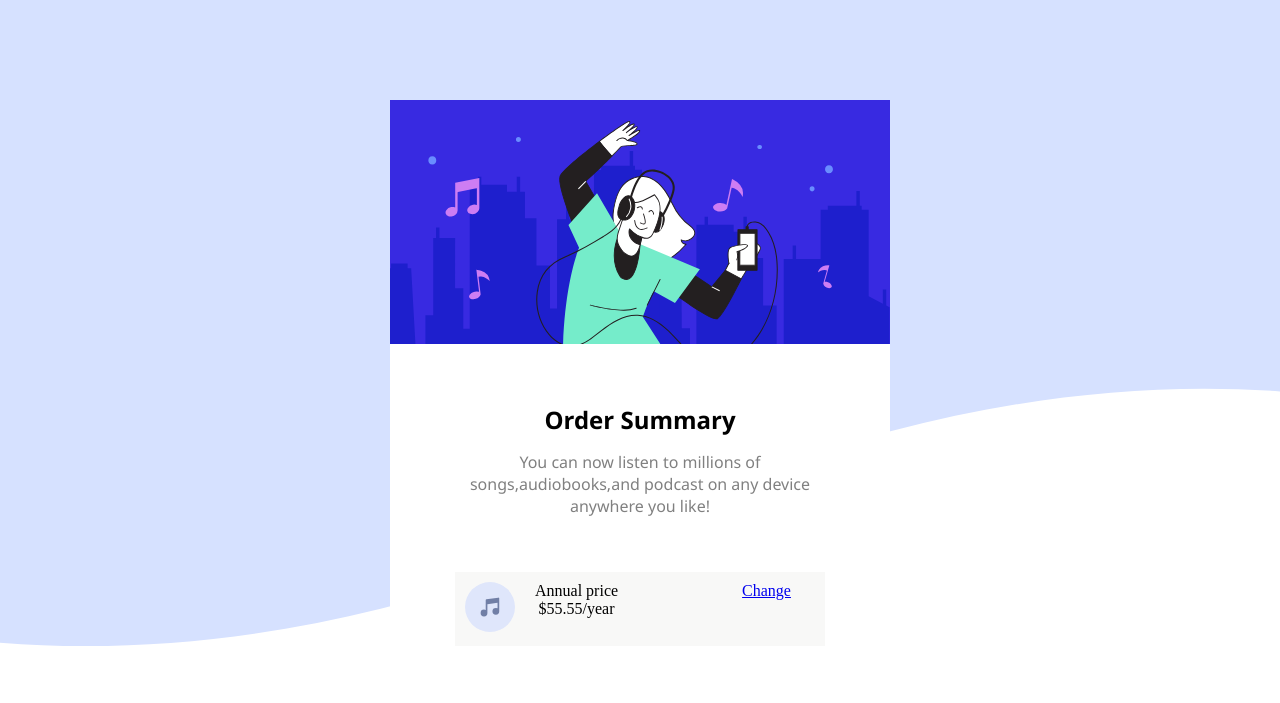
Repository: Eugene44-hub/newbie-project
Page: index.html
An editor plug-in stored every save of this project. The page is shown before and after the next save, followed by the edit.
The browser window is 1280 px wide. The pictures show the whole page.

Above is the page before, as saved 2021-08-29 03:42:41.

### index.html
<!DOCTYPE html>
<html lang="en">

<head>
    <link rel="stylesheet" href="style.css">
    <meta charset="UTF-8">
    <meta http-equiv="X-UA-Compatible" content="IE=edge">
    <meta name="viewport" content="width=device-width, initial-scale=1.0">
    <title>Document</title>
</head>

<body>
    <div class="container">

        <div class="card-container">
            <div class="card">
                <div class="content">
                    <img src="illustration-hero.svg">
                    <div class="text">
                        <h2>Order Summary</h2>
                        <p>You can now listen to millions of songs,audiobooks,and podcast on any device anywhere you like!</p>
                    </div>
                    <div class="musicCard">
                        <div class=musicIcon> <img src="icon-music.svg" id="icon" alt=""></div>
                        <div class="sub">Annual price <br>$55.55/year
                        </div>
                        <div class="link">
                            <a href="#">Change</a>
                        </div>
                    </div>
                </div>

            </div>
        </div>

    </div>
</body>

</html>

### style.css
* {
    padding: 0;
    margin: 0;
}

.container {
    background-image: url('pattern-background-desktop.svg');
    background-repeat: no-repeat;
    background-position: center;
    background-size: cover;
}

.card-container {
    display: flex;
    justify-content: center;
    align-content: center;
    padding-top: 100px;
}

img {
    width: 100%;
}

.card {
    flex: 50%;
    max-width: 500px;
}

.content {
    text-align: center;
    background-color: white;
}

h2,
p {
    font-family: 'Segoe UI', Tahoma, Geneva, Verdana, sans-serif;
}

.text {
    padding: 55px;
}

h2 {
    margin-bottom: 15px;
}

p {
    color: grey;
}

.musicCard {
    display: flex;
    justify-content: center;
    align-content: center;
    width: 70%;
    margin: auto;
    background-color: rgb(248, 248, 247);
    padding: 10px;
}

.link {
    flex: 10%;
    margin-left: 100px;
}

.musicIcon {
    flex: 80%;
    max-width: 50px;
    margin-right: 20px;
}

.price {
    flex: 10%;
    text-align: right;
}

After the next save:
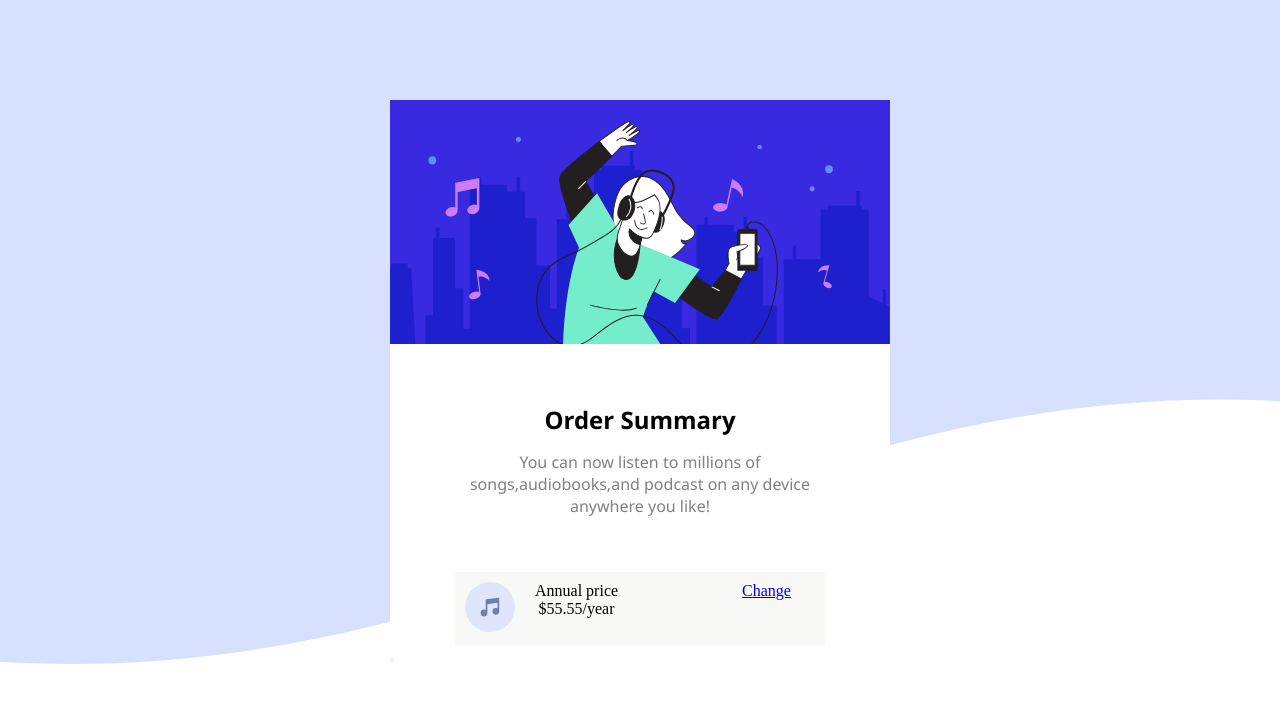
Saved 76 s later.
--- a/index.html
+++ b/index.html
@@ -29,6 +29,9 @@
                         </div>
                     </div>
                 </div>
+                <button>
+
+                </button>
 
             </div>
         </div>
